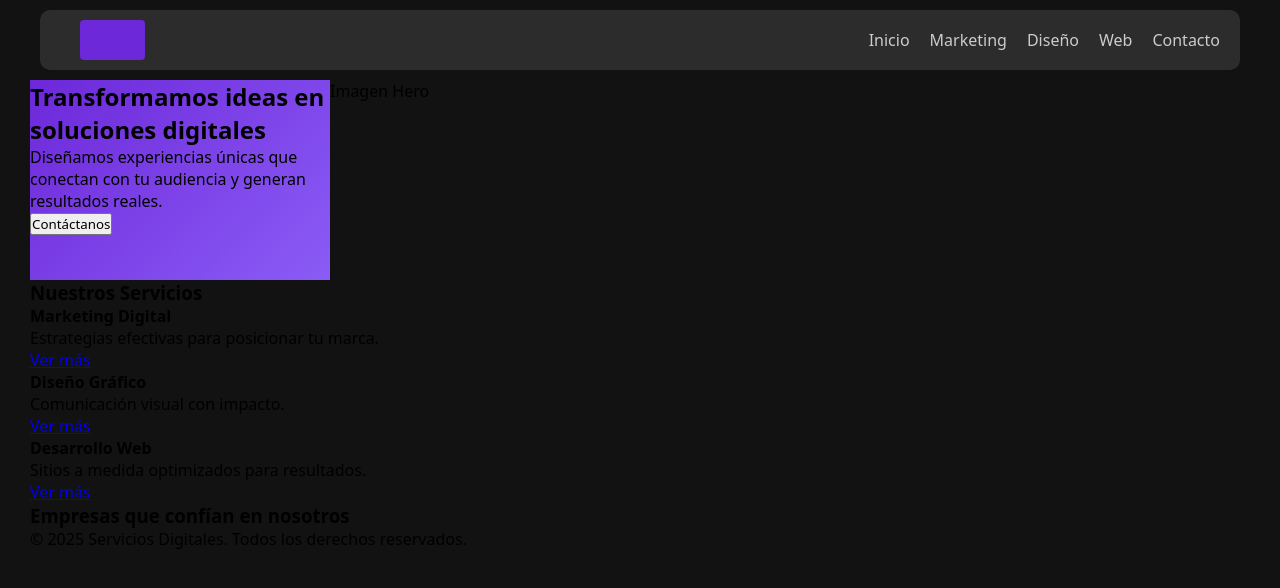
Repository: santinogarrone/TrabajoAgustin
Page: html/index.html
The author's editor kept a copy of each file at every save. The page is drawn from the files as they stood at one save, then again after a run of saves.
The browser window is 1280 px wide. The pictures show the whole page.

Above is the page before, as saved 2025-05-02 12:01:57.

### html/index.html
<!DOCTYPE html>
<html lang="en">
<head>
    <meta charset="UTF-8">
    <meta name="viewport" content="width=device-width, initial-scale=1.0">
    <link rel="stylesheet" href="../css/style.css">
    <title>Página de Agustin</title>
</head>
<body>

    <header>
        <nav class="nav-bar">
            <div class="cuadrado-violeta">

            </div>


            <ul class="nav-list">
                <li class="nav-item"><a href="">Inicio</a></li>
                <li class="nav-item"><a href="">Marketing</a></li>
                <li class="nav-item"><a href="">Diseño</a></li>
                <li class="nav-item"><a href="">Web</a></li>
                <li class="nav-item"><a href="">Contacto</a></li>
            </ul>

            <button class="menu-icon" aria-label="menu">
                <span class="menu-line"></span>
                <span class="menu-line"></span>
                <span class="menu-line"></span>
            </button>
        </nav>
    </header>
        <main>

            <section class="main-contact">
                <div class="contacto">
                    <h2 class="tit-contacto">Transformamos ideas en soluciones digitales</h2>
                    <p class="explicacion">Diseñamos experiencias únicas que conectan con tu audiencia y generan resultados reales.</p>

                    <button class="boton-contactar" onclick="location.href='../html/contacto.html'">
                        Contáctanos
                    </button>
                </div>

                <div class="img-hero">
                    Imagen Hero
                </div>
            </section>

            <section class="servicios">
                <h3>Nuestros Servicios</h3>

                <div class="card">
                    <h4>Marketing Digital</h4>
                    <p>Estrategias efectivas para posicionar tu marca.</p>
                    <a href="../html/marketing.html">Ver más</a>
                </div>

                <div class="card">
                    <h4>Diseño Gráfico</h4>
                    <p>Comunicación visual con impacto.</p>
                    <a href="#">Ver más</a>
                </div>

                <div class="card">
                    <h4>Desarrollo Web</h4>
                    <p>Sitios a medida optimizados para resultados.</p>
                    <a href="#">Ver más</a>
                </div>

            </section>

            <section class="empresas">
                <h3>Empresas que confían en nosotros</h3>
                <article class="logos">
                    <div class="logo"></div>
                    <div class="logo"></div>
                    <div class="logo"></div>
                    <div class="logo"></div>
                </article>

            </section>

        </main>

    <footer>
        <div class="ftr">
            <p>&copy; 2025 Servicios Digitales. Todos los derechos reservados.</p>
        </div>
    </footer>
</body>
</html>

### css/style.css
@import url(./global.css);

*{
    margin: 0;
    padding: 0;
    box-sizing: border-box;
    font-family: var(--font-family);
}


body{
    background-color: var(--fondo-color);
    height: 100%;
    margin: 0 30px;
}

header{
    padding: 10px;
}
.cuadrado-violeta{
    display: block;
    width: 65px;
    height: 40px;
    background-color: var(--primary-color-original);
    border-radius: 4px;
    margin-left: 20px;
}


.nav-bar {
    display: flex;
    align-items: center;
    justify-content: space-between;
    background-color: #2c2c2c;
    padding: 10px 20px;
    border-radius: 10px;
    position: relative;
  }

  .menu-icon {
    display: none;
  }

  .menu-line {
    height: 4px;
    background-color: white;
    border-radius: 2px;
    width: 100%;
  }

  .nav-list {
    display: flex;
    gap: 20px;
    list-style: none;
    margin: 0;
    padding: 0;
  }

  .nav-item a {
    color: #ccc;
    text-decoration: none;
  }

  .main-contact{
    display: flex;
  }
  .main-contact .contacto{
    background: var(--primary-color-gradient);
    width: 300px;
    height: 200px
  }

@media (375px >= width) {

    .hero-img{
        display: none;
    }
    .hero-texto p{
        display: none;
    }
    body{
        background-color: var(--fondo-color);
        height: 100%;
    }

    header{
        background-color: var(--superficie-dos);
        position: sticky;
        top: 0;
        margin: 0;
        border-radius: 0;
    }

    main{
        margin: 0px;
    }
    .explicacion{
        display: none;
    }

    .nav-list{
        display: none;
    }

    .img-hero{
        display: none;
    }
    .cuadrado-violeta{
        display: block;
        width: 65px;
        height: 40px;
        background-color: var(--primary-color-original);
        border-radius: 4px;
        margin-left: 20px;
    }

    .menu-icon{
        width: 30px;
        height: 30px;
        background: transparent;
        display: flex;
        flex-direction: column;
        gap: 4px;
        height: fit-content;
        border: none;
    }

    .menu-line{
        width: 100%;
        height: 4px;
        background-color: var(--texto-color);
        border: none;
        border-radius: 4px;

    }

    .nav-bar{
        display: flex;
        justify-content: space-between;
        align-items: center;
        padding: 5px 16px;
    }


    .main-contact{
        display: flex;
        padding: 24px;
        justify-content: center;
        align-items: center;
    }

    .contacto{
        display: block;
        padding: 34px;
        background: var(--primary-color-gradient);
        border-radius: 10px;
        color: var(--texto-color);
        height: auto;
        font-size: 12px;
    }

    .contacto .tit-contacto{
        text-align: center;
        align-items: center;
        font-weight: bold;
        margin-top: 30px;
    }

    .boton-contactar{
        display: block;
        margin: 0 auto;
        margin-bottom: 20px;
        margin-top: 12px;
        padding: 5px 20px;
        color: var(--primary-claro);
        background-color: var(--fondo-color);
        border-radius: 6px;
        cursor: pointer;
    }

    .servicios{
        display: flex;
        flex-direction: column;
        margin: 0 20px;
    }

    .servicios h3{
        color: var(--texto-color);
    }

    .card{
        margin-top: 5px;
        align-items: center;
        justify-content: center;
        background-color: var(--superficie-dos);
        border-radius: 8px;
        padding: 12px;
        margin-bottom: 15px;
    }

    .card h4{
        color: var(--texto-color);
    }

    .card p{
        color: var(--texto-secundario);
        padding-bottom: 20px;
    }

    .card a{
        display: inline-block;
        margin-bottom: 20px;
        color: var(--texto-color);
        cursor: pointer;
    }

    .empresas{
        display: flex;
        flex-direction: column;
        align-items: flex-start;
        margin-left: 20px;
    }

    .empresas h3{
        color: var(--texto-color);
        margin-bottom: 1rem;
    }

    .logos{
        margin-top: 5px;
        width: 335px;
        display: flex;
        justify-content: center;
        align-items : center;
        gap: 5px;
        background-color: var(--superficie-dos);
        border-radius: 8px;
        padding: 20px;
        margin-bottom: 10px;
    }

    .logo{
        width: 60px;
        height: 30px;
        background-color: #444444;
        border-radius: 5px;
    }

    .ftr{
        background-color: var(--superficie-dos);
        border-radius: 8px;
        text-align: center;
        margin: 15px 10px;
        padding: 16px;
        color: var(--texto-secundario);
    }
}

### css/global.css
:root{
    --primary-color-gradient : linear-gradient(135deg, #6D28D9, #8B5CF6);
    --primary-color-original : #6D28D9;
    --primary-claro : #8b5cf6;
    --secundary-color : #10b981;
    --acento-color : #f5930b;
    --fondo-color : #121212;
    --superficie-color : #1e1e1e;
    --superficie-dos : #2d2d2d;
    --texto-secundario : #A0A0A0;

    --texto-color : #fff;
    --font-family : 'system-ui'
}

After the next 2 saves:
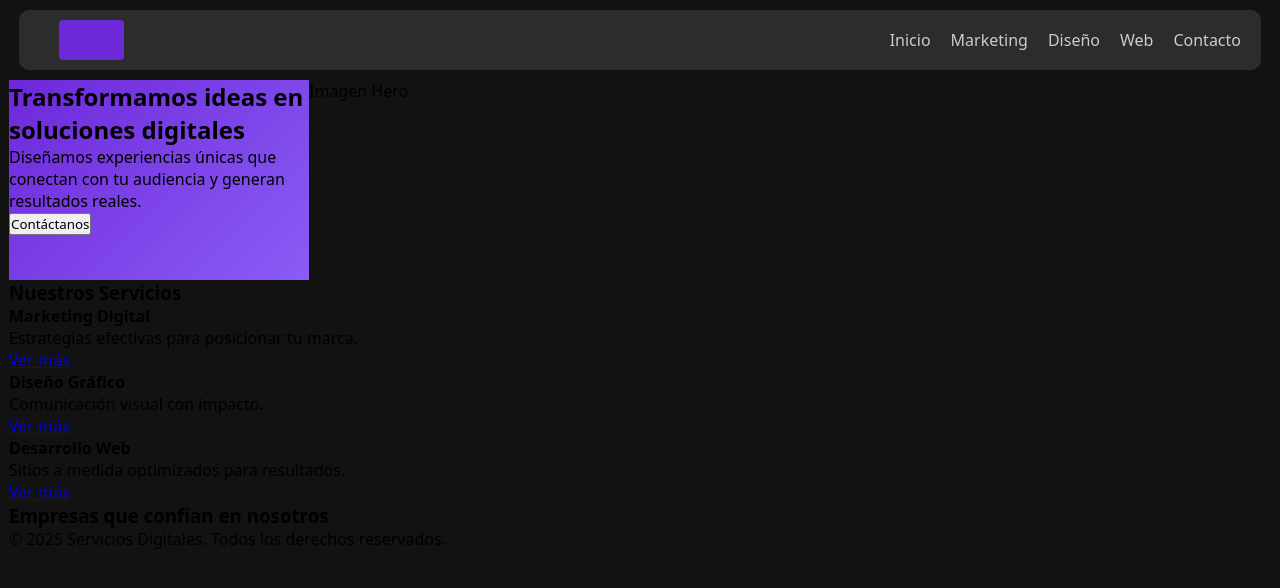
The 2 saves are shown as one change because they came seconds apart.
The last was saved 8 s later.
--- a/css/style.css
+++ b/css/style.css
@@ -11,7 +11,7 @@
 body{
     background-color: var(--fondo-color);
     height: 100%;
-    margin: 0 30px;
+    margin: 0 9px;
 }
 
 header{
